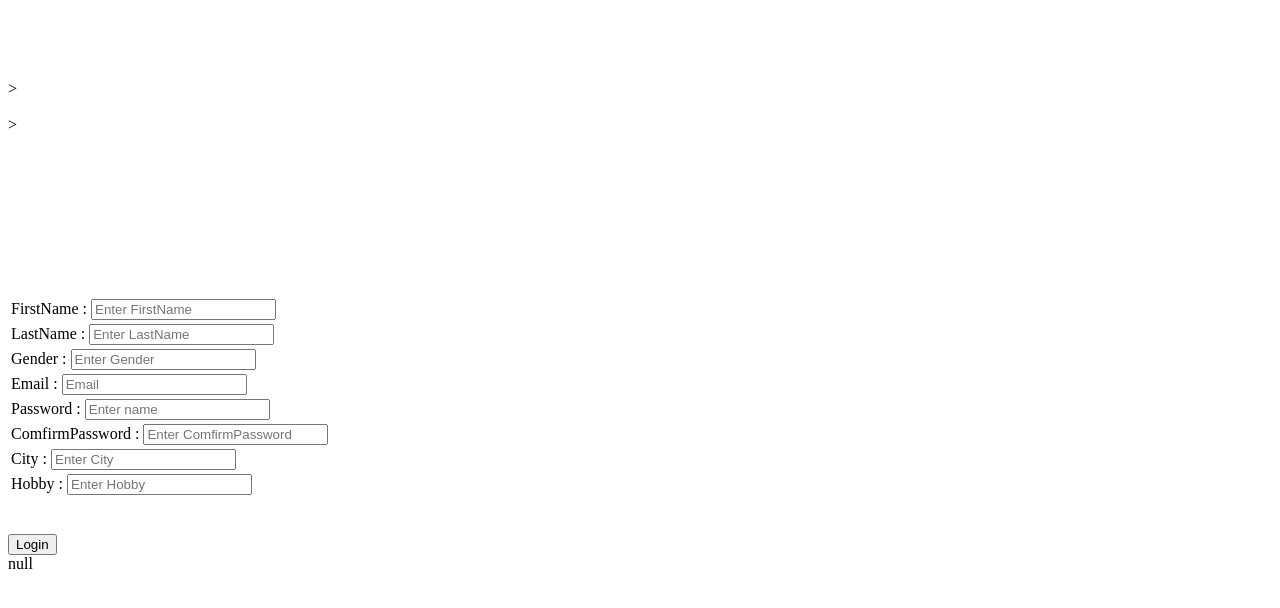
Repository: yogendra-dashore/java-ism
Page: http://localhost/23-ism-jee/Registration.jsp
These files come from the project's save history. The page is drawn as it stood at one moment and after the next save; the edit follows.
The browser window is 1280 px wide. The pictures show the whole page.
The page is served by Tomcat 9.

Above is the page before, as saved 2023-04-01 10:17:37.

After the next save:
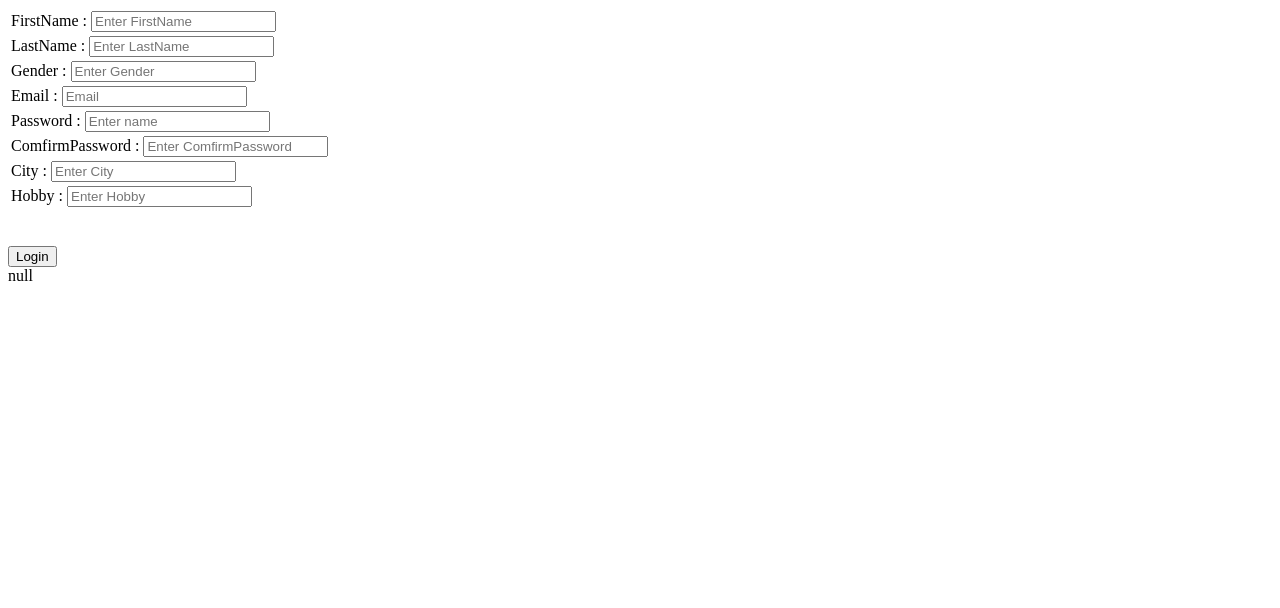
Saved 94 s later.
--- a/23-ism-jee/src/main/webapp/Registration.jsp
+++ b/23-ism-jee/src/main/webapp/Registration.jsp
@@ -14,14 +14,14 @@
 
 <form action="Registration" method="post">
 <table>
-<tr><td>FirstName : <input text="text" name="FirstName" placeholder="Enter FirstName"></td></tr> <br><br>
-<tr><td>LastName : <input text="text" name="LastName" placeholder="Enter LastName"></td></tr> <br><br>
-<tr><td>Gender : <input text="text" name="Gender" placeholder="Enter Gender"></td>></tr> <br><br>
-<tr><td>Email : <input text="text" name="Email" placeholder="Email"></td>></tr> <br><br>
-<tr><td>Password : <input text="password" name="password" placeholder="Enter name"></td></tr> <br><br>
-<tr><td>ComfirmPassword : <input text="text" name="ComfirmPassword" placeholder="Enter ComfirmPassword"></td></tr> <br><br>
-<tr><td>City : <input text="text" name="City" placeholder="Enter City"></td></tr> <br><br>
-<tr><td>Hobby : <input text="text" name="Hobby" placeholder="Enter Hobby"></td></tr> <br><br>
+<tr><td>FirstName : <input text="text" name="FirstName" placeholder="Enter FirstName"></td></tr>
+<tr><td>LastName : <input text="text" name="LastName" placeholder="Enter LastName"></td></tr>
+<tr><td>Gender : <input text="text" name="Gender" placeholder="Enter Gender"></td></tr>
+<tr><td>Email : <input text="text" name="Email" placeholder="Email"></td></tr>
+<tr><td>Password : <input text="password" name="password" placeholder="Enter name"></td></tr>
+<tr><td>ComfirmPassword : <input text="text" name="ComfirmPassword" placeholder="Enter ComfirmPassword"></td></tr>
+<tr><td>City : <input text="text" name="City" placeholder="Enter City"></td></tr>
+<tr><td>Hobby : <input text="text" name="Hobby" placeholder="Enter Hobby"></td></tr>
 </table>
 <br><br>
 <input type="submit" value="Login">
